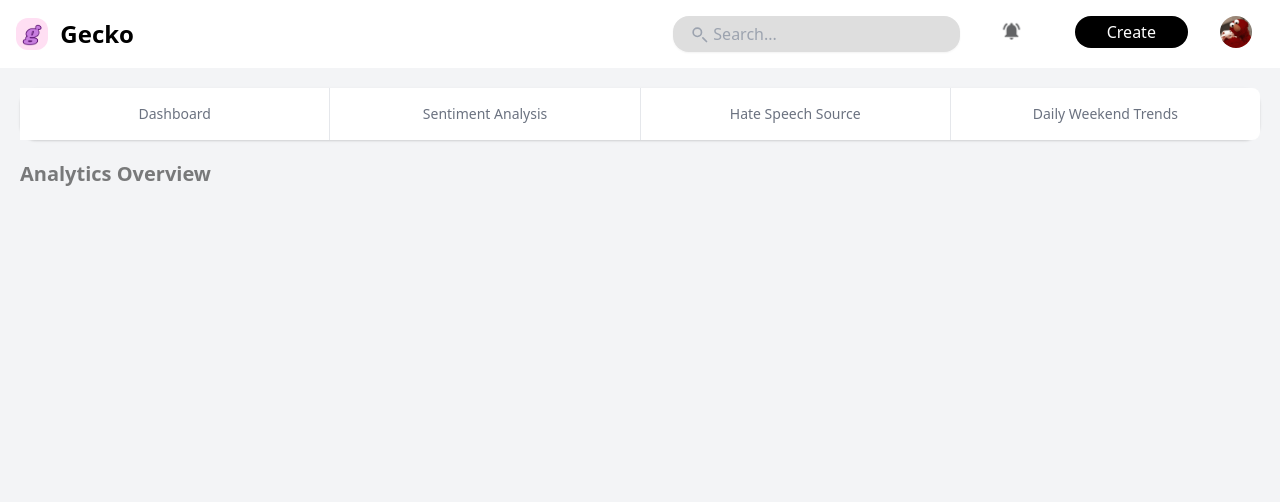
Repository: theamgri/thesis-website-nextjs
Page: website.html
These files come from the project's save history. The page is drawn as it stood at one moment and after the next save; the edit follows.
The browser window is 1280 px wide. The pictures show the whole page.

Above is the page before, as saved 2023-10-02 09:20:54.

### website.html
<!DOCTYPE html>
<html lang="en">
<head>
    <meta charset="UTF-8">
    <meta name="viewport" content="width=device-width, initial-scale=1.0">
    <title>Gecko</title>
    <link rel="icon" type="image/x-icon" href="/images/icon.png">
    <link href="https://cdn.jsdelivr.net/npm/tailwindcss@2.2.19/dist/tailwind.min.css" rel="stylesheet">


</head>
<body class="bg-gray-100">

<nav class="bg-white drop-shadow-2xl border-gray-200 dark:bg-gray-900">
    <div class="flex flex-wrap items-center justify-between mx-auto p-4">
      <a href="." class="flex items-center">
          <img src="images/icon.png" class="h-8 mr-3 rounded-xl" alt="Logo" />
          <span class="self-center text-2xl font-semibold whitespace-nowrap dark:text-white">Gecko</span>
      </a>
      <button data-collapse-toggle="navbar-default" type="button" class="inline-flex items-center p-2 w-10 h-10 justify-center text-sm text-gray-500 rounded-lg md:hidden hover:bg-gray-100 focus:outline-none focus:ring-2 focus:ring-gray-200 dark:text-gray-400 dark:hover:bg-gray-700 dark:focus:ring-gray-600" aria-controls="navbar-default" aria-expanded="false">
          <span class="sr-only">Open main menu</span>
          <svg class="w-5 h-5" aria-hidden="true" xmlns="http://www.w3.org/2000/svg" fill="none" viewBox="0 0 17 14">
              <path stroke="currentColor" stroke-linecap="round" stroke-linejoin="round" stroke-width="2" d="M1 1h15M1 7h15M1 13h15"/>
          </svg>
      </button>
      <div class="hidden w-full md:block md:w-auto drop-shadow-2xl" id="navbar-default">
        <ul class="font-medium flex flex-col p-4 md:p-0 mt-4 border border-gray-100 rounded-lg bg-gray-50 md:flex-row md:space-x-8 md:mt-0 md:border-0 md:bg-white dark:bg-gray-800 md:dark:bg-gray-900 dark:border-gray-700">
            <li>
                <div class="relative">
                    <input
                        type="text"
                        placeholder="Search..."
                        class="block w-full py-2 pl-10 pr-4 leading-5 rounded-2xl shadow-sm focus:ring focus:ring-blue-200 border-gray-300" style="background-color: #DEDEDE;"
                    />
                    <div class="absolute inset-y-0 left-0 pl-4 flex items-center pointer-events-none">
                        <svg
                            class="w-5 h-5 text-gray-400"
                            fill="none"
                            stroke="currentColor"
                            viewBox="0 0 24 24"
                            xmlns="http://www.w3.org/2000/svg"
                        >
                            <path
                                stroke-linecap="round"
                                stroke-linejoin="round"
                                stroke-width="2"
                                d="M21 21l-4.35-4.35"
                            />
                            <path
                                stroke-linecap="round"
                                stroke-linejoin="round"
                                stroke-width="2"
                                d="M15 10a5 5 0 11-10 0 5 5 0 0110 0z"
                            />
                        </svg>
                    </div>
                </div>

              </li>
            <li>
              <img src="images/bellbutton.png" class="h-8 mr-3 rounded-xl" alt="Notification Bell" />
          </li>
          <li>
            <button class="bg-black drop-shadow-2xl hover:bg-blue-700 text-white font-normal py-1 px-8 rounded-full">
              Create
            </button>
          </li>
          <li>
            <a href="your-link-here">
                <img src="images/user.jpg" class="h-8 mr-3 rounded-full" alt="Notification Bell" />
            </a>
        </li>


        </ul>
      </div>
    </div>
  </nav>
<!-- //SIDE NAVBAR -->


<div class="sm:hidden">
  <label for="tabs" class="sr-only">Select your country</label>
  <select id="tabs" class="bg-gray-50 border border-gray-300 text-gray-900 text-sm rounded-lg focus:ring-blue-500 focus:border-blue-500 block w-full p-2.5 dark:bg-gray-700 dark:border-gray-600 dark:placeholder-gray-400 dark:text-white dark:focus:ring-blue-500 dark:focus:border-blue-500">
      <option>Profile</option>
      <option>Canada</option>
      <option>France</option>
      <option>Germany</option>
  </select>
</div>
<ul class="m-5 rounded-2xl drop-shadow-xl hidden text-sm font-medium text-center text-gray-500 divide-x divide-gray-200 rounded-lg shadow sm:flex dark:divide-gray-700 dark:text-gray-400">
  <li class="w-full">
      <a href="#" class="inline-block w-full p-4 bg-white hover:text-gray-700 hover:bg-gray-50 focus:ring-4 focus:ring-blue-300 focus:outline-none dark:hover:text-white dark:bg-gray-800 dark:hover:bg-gray-700" aria-current="page">Dashboard</a>
  </li>
  <li class="w-full">
      <a href="#" class="inline-block w-full p-4 bg-white hover:text-gray-700 hover:bg-gray-50 focus:ring-4 focus:ring-blue-300 focus:outline-none dark:hover:text-white dark:bg-gray-800 dark:hover:bg-gray-700">Sentiment Analysis</a>
  </li>
  <li class="w-full">
      <a href="#" class="inline-block w-full p-4 bg-white hover:text-gray-700 hover:bg-gray-50 focus:ring-4 focus:ring-blue-300 focus:outline-none dark:hover:text-white dark:bg-gray-800 dark:hover:bg-gray-700">Hate Speech Source</a>
  </li>
  <li class="w-full">
      <a href="#" class="inline-block w-full p-4 bg-white rounded-r-lg hover:text-gray-700 hover:bg-gray-50 focus:ring-4 focus:outline-none focus:ring-blue-300 dark:hover:text-white dark:bg-gray-800 dark:hover:bg-gray-700">Daily Weekend Trends</a>
  </li>

</ul>



  <!-- <div class="mx-auto w-3/5 overflow-hidden">
    <canvas
      data-te-chart="bar"
      data-te-dataset-label="Traffic"
      data-te-labels="['Monday', 'Tuesday' , 'Wednesday' , 'Thursday' , 'Friday' , 'Saturday' , 'Sunday ']"
      data-te-dataset-data="[2112, 2343, 2545, 3423, 2365, 1985, 987]">
    </canvas>
  </div> -->

  <div class="ml-5 text-left font-bold text-xl opacity-50">
    <h1>Analytics Overview</h1>
  </div>

</body>
</html>

After the next save:
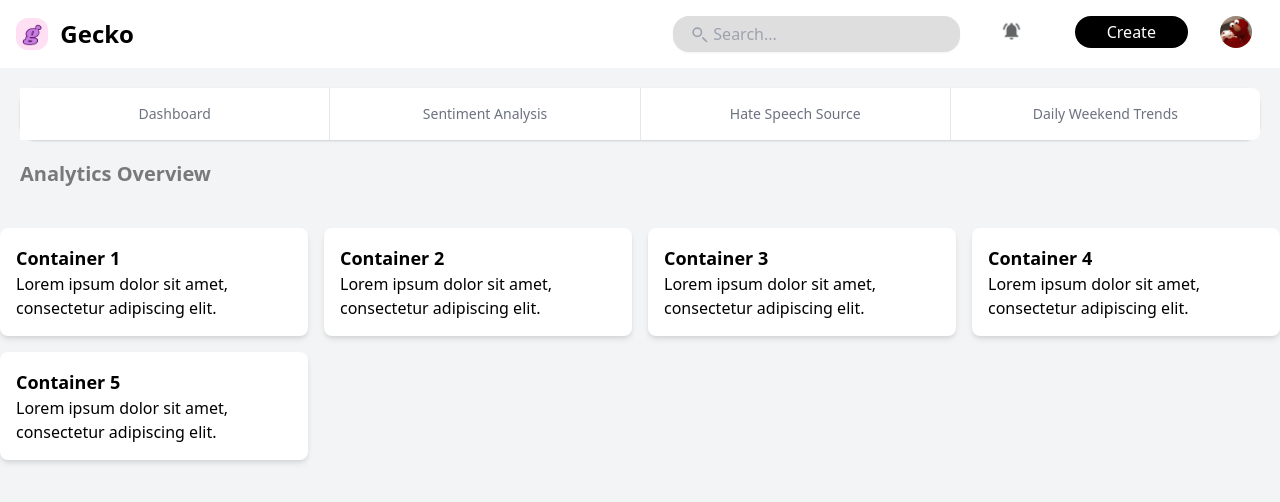
Saved 83 s later.
--- a/website.html
+++ b/website.html
@@ -119,5 +119,41 @@
     <h1>Analytics Overview</h1>
   </div>
 
+
+  <div class="container mx-auto mt-10">
+    <div class="grid grid-cols-1 md:grid-cols-2 lg:grid-cols-3 xl:grid-cols-4 gap-4">
+        <!-- Container 1 -->
+        <div class="bg-white p-4 rounded-lg shadow-md">
+            <h2 class="text-lg font-semibold">Container 1</h2>
+            <p>Lorem ipsum dolor sit amet, consectetur adipiscing elit.</p>
+        </div>
+
+        <!-- Container 2 -->
+        <div class="bg-white p-4 rounded-lg shadow-md">
+            <h2 class="text-lg font-semibold">Container 2</h2>
+            <p>Lorem ipsum dolor sit amet, consectetur adipiscing elit.</p>
+        </div>
+
+        <!-- Container 3 -->
+        <div class="bg-white p-4 rounded-lg shadow-md">
+            <h2 class="text-lg font-semibold">Container 3</h2>
+            <p>Lorem ipsum dolor sit amet, consectetur adipiscing elit.</p>
+        </div>
+
+        <!-- Container 4 -->
+        <div class="bg-white p-4 rounded-lg shadow-md">
+            <h2 class="text-lg font-semibold">Container 4</h2>
+            <p>Lorem ipsum dolor sit amet, consectetur adipiscing elit.</p>
+        </div>
+
+        <!-- Container 5 -->
+        <div class="bg-white p-4 rounded-lg shadow-md">
+            <h2 class="text-lg font-semibold">Container 5</h2>
+            <p>Lorem ipsum dolor sit amet, consectetur adipiscing elit.</p>
+        </div>
+    </div>
+</div>
+
+
 </body>
 </html>
